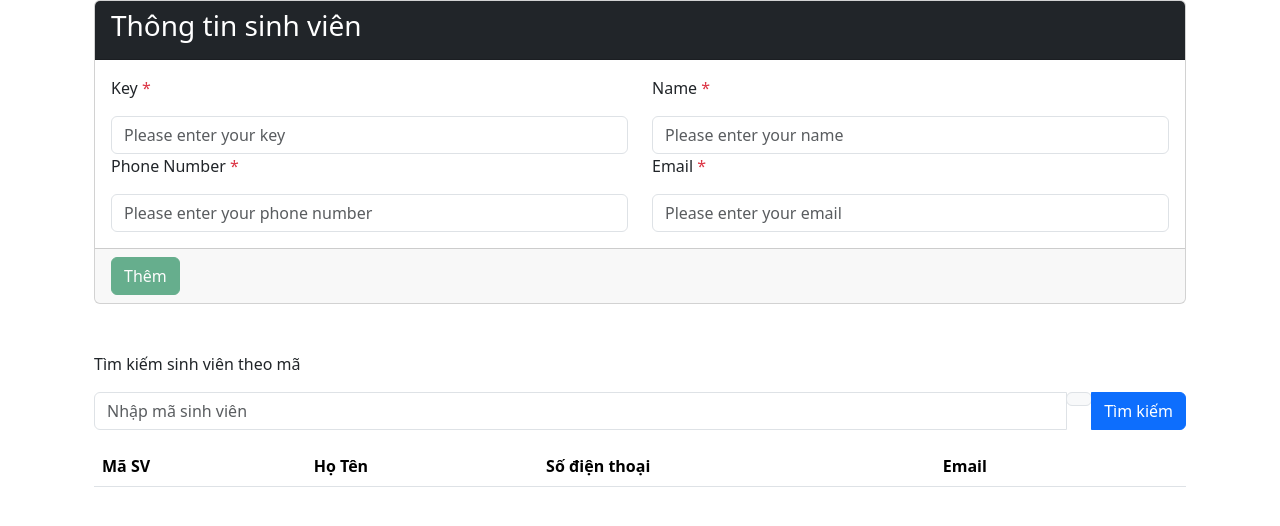
Repository: KhoiNguyen77/BT_REACT_FORM
Page: /
An editor plug-in stored every save of this project. The page is shown before and after the next save, followed by the edit.
The browser window is 1280 px wide. The pictures show the whole page.
The project was rebuilt for these pictures with package versions that can differ from the ones it lists, and the page was loaded fresh each time.

Above is the page before, as saved 2023-05-29 10:08:15.

After the next save:
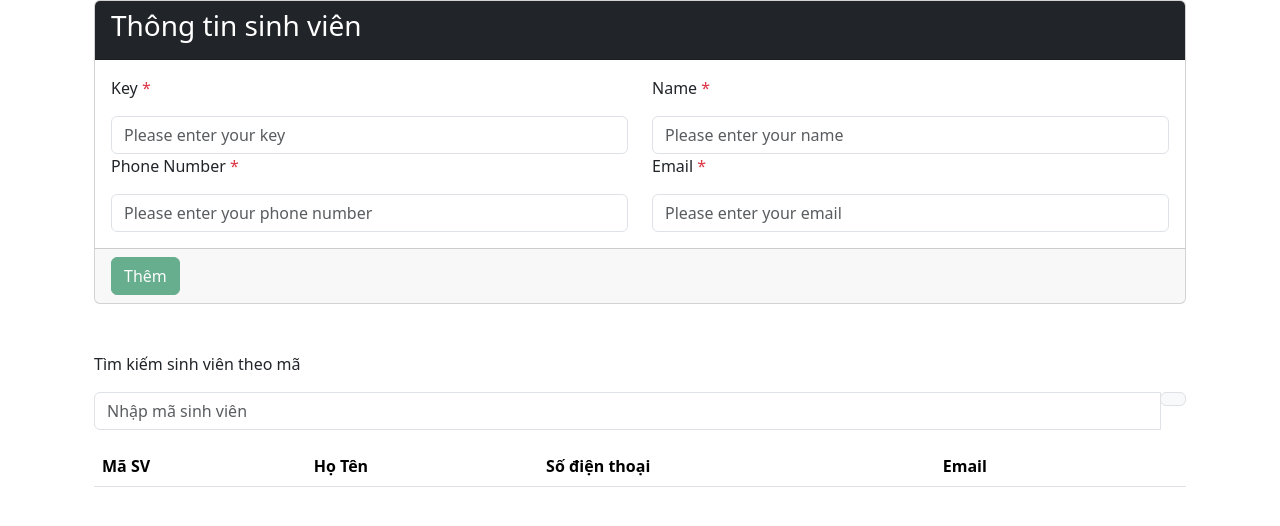
Saved 24 s later.
--- a/src/FormComponent/TableField.jsx
+++ b/src/FormComponent/TableField.jsx
@@ -1,19 +1,6 @@
 import React, { Component, useState } from 'react'
 
 export default class TableField extends Component {
-    handleSearch = () => {
-        let keyword = this.handleInput;
-        console.log(keyword);
-        let result = [];
-        const { students } = this.props;
-        let cloneStudents = [...students];
-        cloneStudents.forEach(student => {
-            if (student.key == keyword) {
-                result.push(student)
-            }
-        })
-        console.log(result);
-    }
     handleInput = e => {
         let inputValue = e.target.value
         let result = [];
@@ -40,7 +27,6 @@ export default class TableField extends Component {
                                 <div className="input-group-prepend">
                                     <span className="input-group-text" id="btnSearch"><i className="fa fa-search" /></span>
                                 </div>
-                                <button className="btn btn-primary" onClick={this.handleSearch}>Tìm kiếm</button>
                             </div>
                         </div>
 
